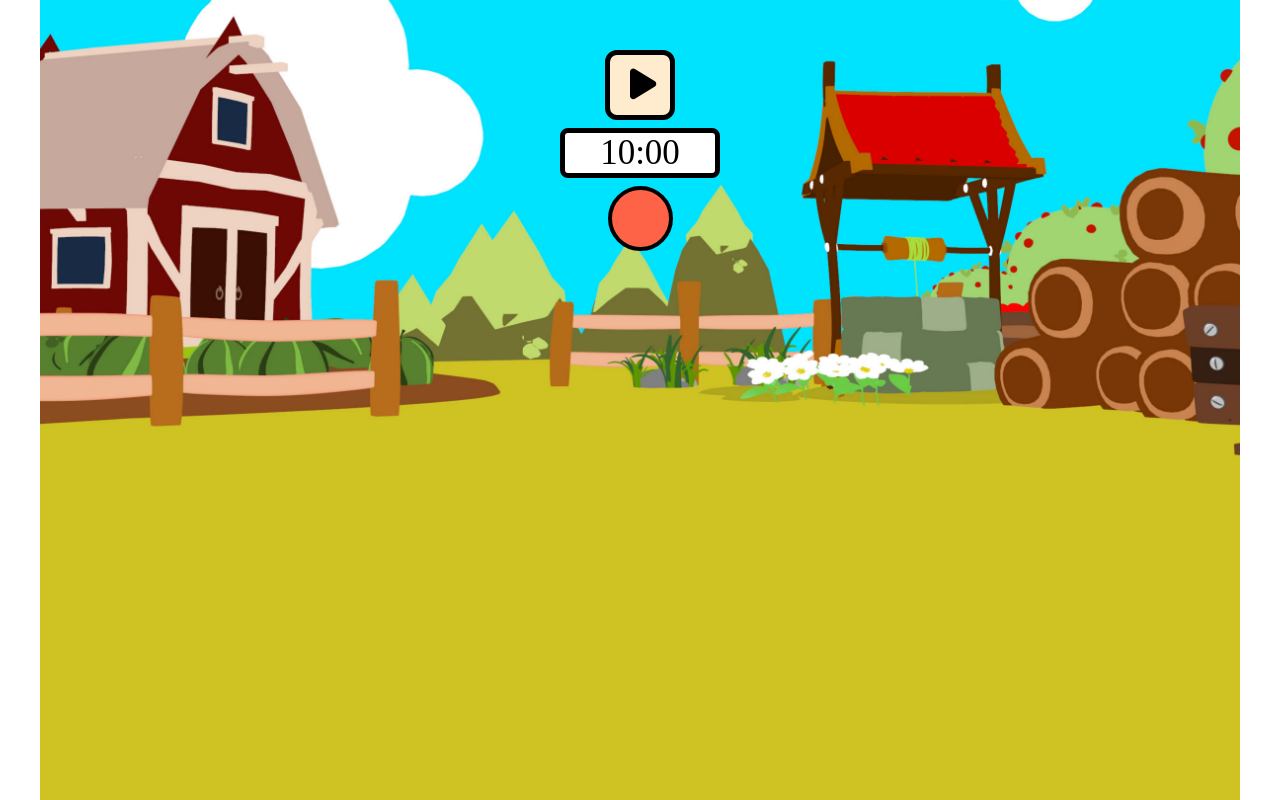
Repository: keehoonjung/Bug-Game
Page: index.html
An editor plug-in stored every save of this project. The page is shown before and after the next save, followed by the edit.
The browser window is 1280 px wide. The pictures show the whole page.
Some web libraries are served in a nearby version.

Above is the page before, as saved 2021-08-10 16:28:56.

After the next save:
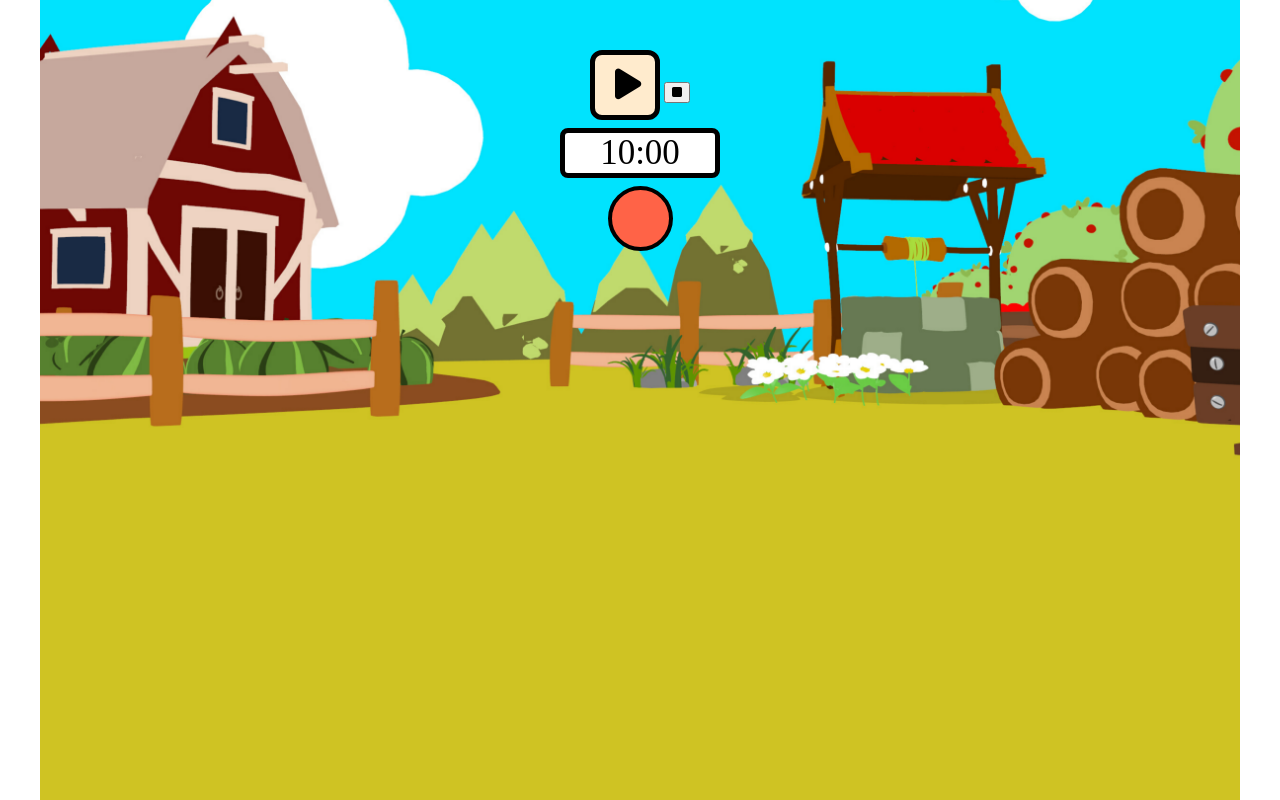
Saved 4 min 10 s later.
--- a/index.html
+++ b/index.html
@@ -15,6 +15,9 @@
             <button class="play__btn">
                 <i class="fas fa-play"></i>
             </button>
+            <button class="stop__btn">
+                <i class="fas fa-stop"></i>
+            </button>
             <div class="timer">
                 10:00
             </div>
